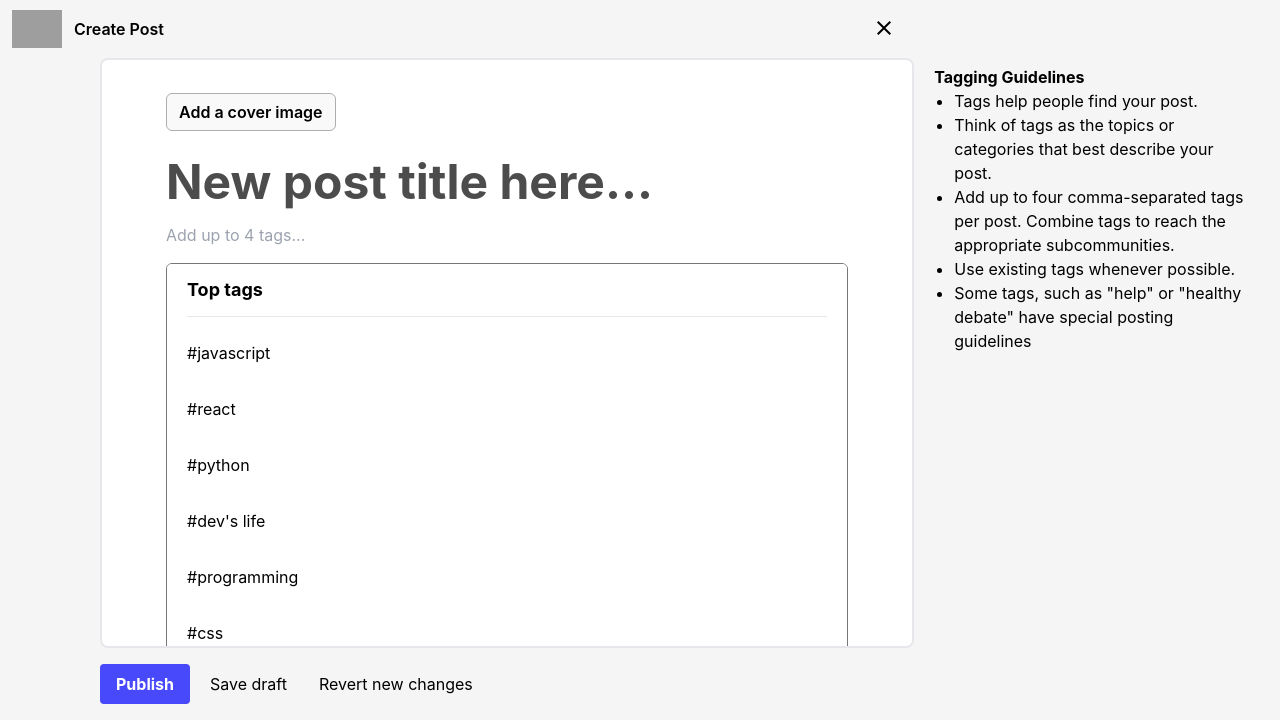
Repository: dat-nguyen-2001/Dev.to
Page: /new (app in client/)
The author's editor kept a copy of each file at every save. The page is drawn from the files as they stood at one save, then again after the next save.
The browser window is 1280 px wide. The pictures show the whole page.
Pictures or frames that could not be fetched are drawn as grey boxes. An inner scrolling area shows only its first screen. The project was rebuilt for these pictures with package versions that can differ from the ones it lists, and the page was loaded fresh each time. Also part of the build but not shown: client/src/components/Footer.tsx, client/src/components/nav/GuestNav.tsx, client/src/components/nav/NavBar.tsx, client/src/components/Layout.tsx, client/src/pages/about.tsx, client/src/components/SignInForm.tsx, client/src/components/SignInPlatform.tsx, client/src/pages/enter.tsx and 1 more.

Above is the page before, as saved 2022-09-25 12:05:36.

### client/public/index.html
<!DOCTYPE html>
<html lang="en">
  <head>
    <meta charset="utf-8" />
    <link rel="icon" href="%PUBLIC_URL%/dev.to-icon.png" />
    <meta name="viewport" content="width=device-width, initial-scale=1" />
    <meta name="theme-color" content="#000000" />
    <meta
      name="description"
      content="Web site created using create-react-app"
    />
  </head>
  <body>
    <noscript>You need to enable JavaScript to run this app.</noscript>
    <div id="root"></div>
  </body>
</html>

### client/src/index.tsx
import React from 'react';
import ReactDOM from 'react-dom/client';
import './index.css';
import App from './App';
import reportWebVitals from './reportWebVitals';

const root = ReactDOM.createRoot(
  document.getElementById('root') as HTMLElement
);
root.render(
  <React.StrictMode>
      <App />
  </React.StrictMode>
);

// If you want to start measuring performance in your app, pass a function
// to log results (for example: reportWebVitals(console.log))
// or send to an analytics endpoint. Learn more: https://bit.ly/CRA-vitals
reportWebVitals();

### client/src/index.css
@tailwind base;
@tailwind components;
@tailwind utilities;

body {
  margin: 0;
  font-family: -apple-system, BlinkMacSystemFont, 'Segoe UI', 'Roboto', 'Oxygen',
    'Ubuntu', 'Cantarell', 'Fira Sans', 'Droid Sans', 'Helvetica Neue',
    sans-serif;
  -webkit-font-smoothing: antialiased;
  -moz-osx-font-smoothing: grayscale;
  background-color: #f5f5f5;
}

code {
  font-family: source-code-pro, Menlo, Monaco, Consolas, 'Courier New',
    monospace;
}


.space-between {
  justify-content: space-between;
}

.icon {
  @apply w-9 h-9 hover:text-[blue]/70 hover:bg-[#e2e3f3] text-center cursor-pointer rounded py-1
}

/* make words between a line */

.linedWord::before, .linedWord::after {
  content: "";
  flex: 1 1;
  border-bottom : 1px solid black;
  margin: auto
}

.linedWord::before {
  margin-right: 5px
}

.linedWord::after {
  margin-left: 5px
}

.registerInput {
  @apply h-[40px] border-[1px] rounded pl-1
}

### client/src/App.tsx
import {
  BrowserRouter as Router,
  Routes,
  Route,
} from 'react-router-dom';

import AboutPage from './pages/about';
import SignIn from './pages/enter';
import HomePage from './pages/home';
import New from './pages/new';

function App() {
  return (<Router>
    <Routes>
    <Route path='/' element={< HomePage />}></Route>
      <Route path='/about' element={< AboutPage />}></Route>
      <Route path='/enter' element={< SignIn />}></Route>
      <Route path='/new' element={< New />}></Route>
    </Routes>
  </Router>

  );
}

export default App;

### client/src/pages/new.tsx
import ClearIcon from '@mui/icons-material/Clear';
import FormatListNumberedIcon from '@mui/icons-material/FormatListNumbered';
import FormatListBulletedIcon from '@mui/icons-material/FormatListBulleted';
import FormatBoldIcon from '@mui/icons-material/FormatBold';
import FormatItalicIcon from '@mui/icons-material/FormatItalic';
import ImageIcon from '@mui/icons-material/Image';
import AttachmentIcon from '@mui/icons-material/Attachment';
import MoreVertIcon from '@mui/icons-material/MoreVert';
import FormatQuoteIcon from '@mui/icons-material/FormatQuote';
import CodeIcon from '@mui/icons-material/Code';
import BoltIcon from '@mui/icons-material/Bolt';
import { useEffect, useState } from 'react';

const New = () => {

    //Handle creating new article
    const createArticle = () => {
        console.log('created!')
    }

    //Preview image uploaded by user
    const [url, setUrl] = useState<string>('')
    const handlePreviewImage = (e: any) => {
        const file = e.target.files[0];
        const url = URL.createObjectURL(file);
        setUrl(url)
    }

    //Handle tags
    const tags = ["javascript", "react", "python", "dev's life", "programming", "css", "html", "typescript", "mongodb"]

    // Resize textarea when typing
    const textarea = document.querySelector('textarea');
    const handleResize = (e: any) => {
        const area = e.target;
        area.style.height = "auto";
        area.style.height = area.scrollHeight + "px";
    }
    if (textarea !== null) {
        textarea.addEventListener('input', handleResize)
    }


    return (
        <div className='md:grid grid-cols-4 bg-[#f5f5f5] lg:grid-cols-7 2xl:pl-[100px]'>
            <div className='flex flex-col content-center h-screen col-span-3 lg:col-span-5'>
                <div className='h-[8vh] flex items-center space-between px-3'>
                    <div className='flex items-center space-x-3'>
                        <a href='/' className='hidden md:inline'>
                            <img src="https://dev-to-uploads.s3.amazonaws.com/uploads/logos/resized_logo_UQww2soKuUsjaOGNB38o.png" width={50} className="cursor-pointer" />
                        </a>
                        <p className='font-semibold'>Create Post</p>
                    </div>
                    <div className='icon'>
                        <a href='/'>
                            <ClearIcon />
                        </a>
                    </div>
                </div>
                <div className='overflow-y-auto bg-white h-[82vh] border-[2px] rounded-lg flex flex-col py-3 md:py-10 px-2 md:px-16 space-y-5 lg:ml-[100px]'>
                    <form>
                        <input type="file" name='file' id='file' onChange={handlePreviewImage} className='w-0 h-0 opacity-0 overflow-hidden absolute z-[-1] ' />
                        <label htmlFor='file' className='bg-[#f9f9f9] font-semibold px-3 py-2 cursor-pointer rounded-md border-black/30 border-[1.5px]'>Add a cover image</label>
                    </form>

                    {/* preview image */}
                    {url !== "" &&
                        <div className='flex items-center space-x-10'>
                            <img src={url} width={200} />
                            <button className='text-lg px-3 py-1 text-[red] hover:bg-[#eeeeee] rounded-md' onClick={() => setUrl('')}>Remove</button>
                        </div>}

                    <form>
                        <input placeholder='New post title here...' className='text-3xl md:text-4xl lg:text-5xl w-full h-[130%] outline-none font-bold placeholder-black/70' />
                    </form>
                    <form className='relative'>
                        <input placeholder='Add up to 4 tags...' className='w-full outline-none' />
                        <div className='z-[100] absolute top-10 flex flex-col space-y-3 px-5 bg-white w-full border-[.1em] border-solid border-[#777] rounded-md max-h-[500px] overflow-y-auto'>
                            <h2 className='text-lg font-bold pt-3'>Top tags</h2>
                            <hr></hr>
                            <ul className='flex flex-col space-y-2 cursor-pointer '>
                                {tags.map(tag => (
                                    <li key={tag} className='py-3 hover:text-[#3e45b2] hover:bg-[#f5f5f5]'>#{tag}</li>
                                ))}
                            </ul>
                        </div>
                    </form>
                    <div className='bg-[#f9f9f9] w-full'>
                        <div className='flex space-between py-4 px-2 '>
                            <div className='flex space-x-3'>
                                <div className='icon'>
                                    <FormatBoldIcon />
                                </div>
                                <div className='icon'>
                                    <FormatItalicIcon />
                                </div>
                                <div className='icon hidden sm:inline'>
                                    <AttachmentIcon />
                                </div>
                                <div className='icon'>
                                    <FormatListNumberedIcon />
                                </div>
                                <div className='icon'>
                                    <FormatListBulletedIcon />
                                </div>
                                <div className='icon hidden md:inline'>
                                    <FormatQuoteIcon />
                                </div>
                                <div className='icon hidden md:inline'>
                                    <CodeIcon />
                                </div>
                                <div className='icon hidden md:inline'>
                                    <BoltIcon />
                                </div>
                                <div className='icon'>
                                    <ImageIcon />
                                </div>
                            </div>
                            <div className='icon'>
                                <MoreVertIcon />
                            </div>
                        </div>

                    </div>
                    <div className='w-full'>
                        <textarea placeholder='Write your post content here...' className='outline-none text-lg w-full' />
                    </div>
                </div>
                <div className='h-[10vh] flex items-center px-3 space-x-2 lg:ml-[100px] lg:px-0'>
                    <button className='px-4 py-2 rounded bg-[blue]/70 hover:bg-[blue] text-white font-bold text-base' onClick={createArticle}>Publish</button>
                    <button className='px-3 py-2 rounded hover:text-[blue]/70 hover:bg-[#e2e3f3]'>Save draft</button>
                    <button className='hidden sm:inline px-3 py-2 rounded hover:text-[blue]/70 hover:bg-[#e2e3f3] text-md'>Revert new changes</button>
                </div>
            </div>

            <div className='hidden md:inline col-span-1 lg:col-span-2 h-[82vh] my-auto px-2 lg:px-5 md:mr-4'>
                <h1 className='font-bold'>Tagging Guidelines</h1>
                <ul className='text-[14px] lg:text-base list-disc pl-5 '>
                    <li>Tags help people find your post.</li>
                    <li>Think of tags as the topics or categories that best describe your post.</li>
                    <li>Add up to four comma-separated tags per post. Combine tags to reach the appropriate subcommunities.</li>
                    <li>Use existing tags whenever possible.</li>
                    <li>Some tags, such as "help" or "healthy debate" have special posting guidelines</li>
                </ul>
            </div>

        </div>
    )
}

export default New

Loaded but not shown: client/src/reportWebVitals.ts (common file); client/tailwind.config.js (common file)

After the next save:
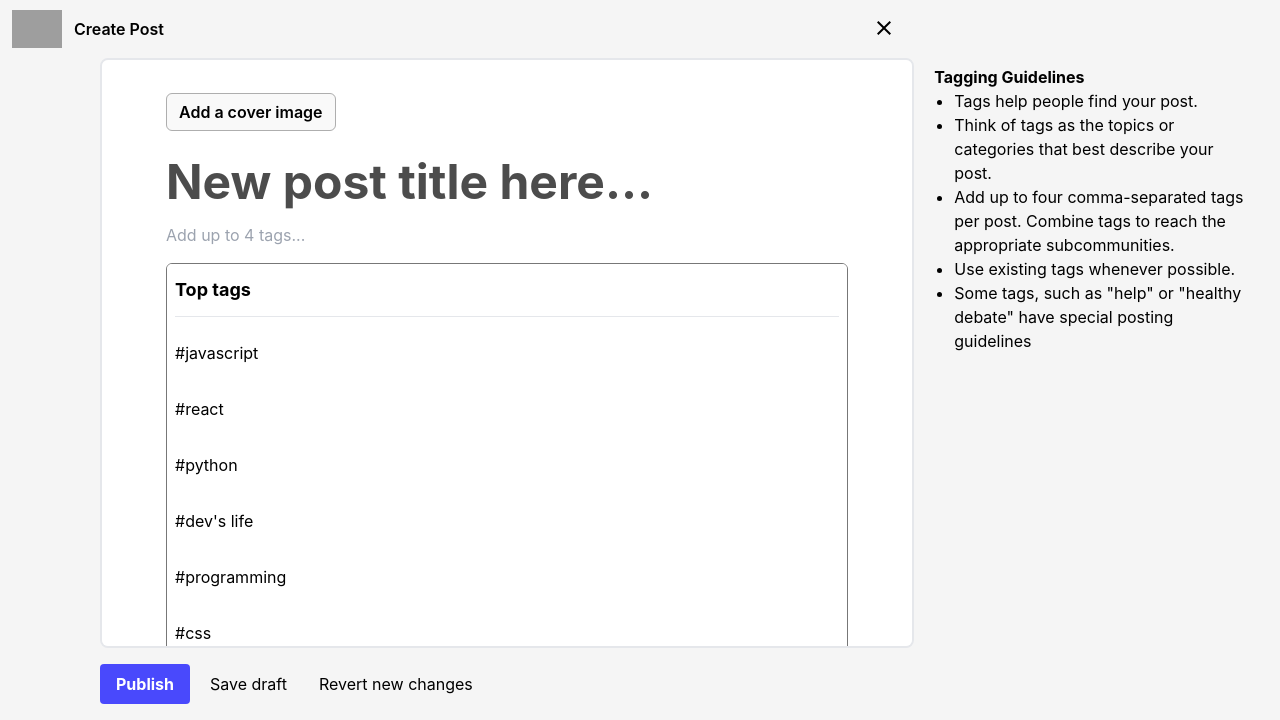
Saved 39 s later.
--- a/client/src/pages/new.tsx
+++ b/client/src/pages/new.tsx
@@ -75,7 +75,7 @@ const New = () => {
                     </form>
                     <form className='relative'>
                         <input placeholder='Add up to 4 tags...' className='w-full outline-none' />
-                        <div className='z-[100] absolute top-10 flex flex-col space-y-3 px-5 bg-white w-full border-[.1em] border-solid border-[#777] rounded-md max-h-[500px] overflow-y-auto'>
+                        <div className='z-[100] absolute top-10 flex flex-col space-y-3 px-2 bg-white w-full border-[.1em] border-solid border-[#777] rounded-md max-h-[500px] overflow-y-auto'>
                             <h2 className='text-lg font-bold pt-3'>Top tags</h2>
                             <hr></hr>
                             <ul className='flex flex-col space-y-2 cursor-pointer '>
